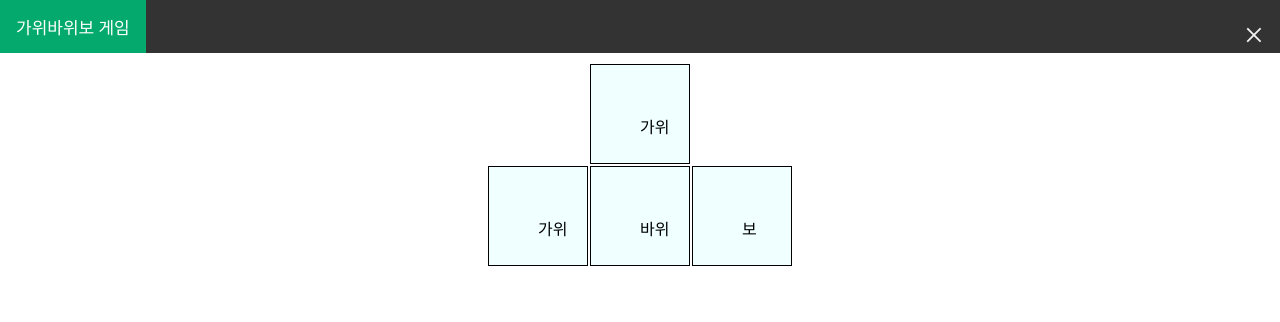
Repository: venandi48/RockScissorPaper-Game
Page: index.html
An editor plug-in stored every save of this project. The page is shown before and after the next save, followed by the edit.
The browser window is 1280 px wide. The pictures show the whole page.
The style sheet was rebuilt from its Sass, Less or Tailwind sources for each picture, by a compiler version that may differ from the author's.

Above is the page before, as saved 2023-11-13 17:10:34.

### index.html
<!DOCTYPE html>
<html lang="en">
  <head>
    <meta charset="UTF-8" />
    <meta name="viewport" content="width=device-width, initial-scale=1.0" />
    <title>가위바위보</title>
    <link rel="stylesheet" href="style.css" />
  </head>
  <body>
    <div class="topnav">
      <a class="active" href="">가위바위보 게임</a>
      <a href="javascript:void(0)" class="openbtn" onclick="openNav()">
        &times;
      </a>
    </div>
    <div class="sidenav">
      <a href="javascript:void(0)" class="closebtn" onclick="closeNav()">
        &times;
      </a>
    </div>

    <div class="playbox">
      <div class="machine">
        <div class="choice">
          <input type="hidden" name="machine-choice" />
        </div>
      </div>
      <div class="user">
        <div class="choice scissor"></div>
        <div class="choice rock"></div>
        <div class="choice paper"></div>
      </div>
      <div class="control">
        <input type="button" value="Replay" />
      </div>
    </div>

    <script src="./ui.js"></script>
    <script src="./main.js"></script>
  </body>
</html>

### ui.js
// https://www.w3schools.com/howto/howto_js_sidenav.asp

/* Set the width of the side navigation to 250px */
function openNav() {
  let closeBtn = document.querySelector(".sidenav");

  if (closeBtn.classList.contains("opened") === false)
    closeBtn.classList.add("opened");
}

/* Set the width of the side navigation to 0 */
function closeNav() {
  let closeBtn = document.querySelector(".sidenav");

  if (closeBtn.classList.contains("opened"))
    closeBtn.classList.remove("opened");
}

### main.js
choices = {
  scissor: 0,
  rock: 1,
  paper: 2,
};

let machineChoiceSpeed = 250; // default machine's speed of chainge choice (ms단위).

playboxes = document.querySelectorAll(".playbox");
userChocies = document.querySelectorAll(".user .choice");
controlBtns = document.querySelectorAll(".playbox .control");

playboxes.forEach((playbox) => {
  playbox
    .querySelector(".machine .choice")
    .querySelector("input[type=hidden]").value = Random(0, 2);
});

controlBtns.forEach((controlBtn) => {
  replayBtn = controlBtn.querySelector("input[type=button][value=Replay]");
  replayBtn?.addEventListener("click", (e) => {
    replay(controlBtn.parentElement);
  });
});

window.addEventListener("load", function () {
  this.setInterval(() => {
    playboxes.forEach((playbox) => {
      let machineChoice = playbox.querySelector(".machine .choice");

      if (machineChoice.classList.contains("selected") === true) return;

      if (machineChoice.classList.contains("rock")) {
        machineChoice.classList.remove("rock");
      }
      if (machineChoice.classList.contains("scissor")) {
        machineChoice.classList.remove("scissor");
      }
      if (machineChoice.classList.contains("paper")) {
        machineChoice.classList.remove("paper");
      }
      machineChoice.querySelector("input[type=hidden]").value =
        (machineChoice.querySelector("input[type=hidden]").value + 1) % 3;
      machineChoice.classList.add(
        convertChoicesFromNumToStr(
          +machineChoice.querySelector("input[type=hidden]").value
        )
      );
    });
  }, machineChoiceSpeed);
});

userChocies.forEach((element) => {
  element.addEventListener("click", function (e) {
    const selectedElement = e.target;
    let choosed = null;

    if (selectedElement.parentElement.classList.contains("selected")) return;

    selectedElement.parentElement.classList.add("selected");

    // 제일 첫번째로 나온 값을 사용자의 선택으로 간주
    selectedElement.classList.forEach((className) => {
      if (className === "rock") {
        choosed = "rock";
        return;
      } else if (className === "scissor") {
        choosed = "scissor";
        return;
      } else if (className === "paper") {
        choosed = "paper";
        return;
      }
    });

    if (choosed) {
      let sameAreaMachine =
        element.parentElement.parentElement?.querySelector(".machine .choice");

      if (sameAreaMachine) {
        gameResultCssEventer(
          selectedElement,
          sameAreaMachine,
          refree(
            +sameAreaMachine.querySelector("input[type=hidden]").value,
            choices[choosed]
          )
        );
      }
    }
  });
});

/// _________________________________________________________________
//                          Play Tools
/// _________________________________________________________________

function Random(min, max) {
  return Math.floor(Math.random() * (max - min) + min);
}

function convertChoicesFromNumToStr(choice) {
  switch (choice) {
    case choices.rock:
      return "rock";
    case choices.scissor:
      return "scissor";
    case choices.paper:
      return "paper";

    default:
      return "";
  }
}

function addHistory(playbox) {
  let node = playbox.cloneNode(true);
  let controlBtns = node.querySelector(".control");

  node.classList.add("done");
  node.removeChild(controlBtns);
  node.innerHTML += `<div class="log"><div class="played-time">${new Date().toLocaleString()}</div></div>`;

  document.querySelector(".sidenav").append(node);
}

function replay(playbox) {
  let machine = playbox.querySelector(".machine .choice");

  addHistory(playbox);

  if (machine.classList.contains("selected"))
    machine.classList.remove("selected");
  resetResultChoiceBoxOfCss(machine);

  let userChoices = playbox.querySelector(".user");

  if (userChoices.classList.contains("selected"))
    userChoices.classList.remove("selected");

  userChoices.querySelectorAll(".choice").forEach((choiceElement) => {
    resetResultChoiceBoxOfCss(choiceElement);
  });
}

/*
 * @machine: 컴퓨터가 선택한 숫자값
 * @user: 사용자가 선택한 숫자값
 * @return: 0=>비김, 1=> 이김, 2=>짐
 */
function refree(machine, user) {
  return Math.abs(machine - user);
}

function resetResultChoiceBoxOfCss(element) {
  if (element.classList.contains("game-result-win"))
    element.classList.remove("game-result-win");
  if (element.classList.contains("game-result-draw"))
    element.classList.remove("game-result-draw");
  if (element.classList.contains("game-result-lose"))
    element.classList.remove("game-result-lose");

  return element;
}

function gameResultCssEventer(userElement, machineElement, result) {
  userElement.parentElement.querySelectorAll(".choice").forEach((node) => {
    resetResultChoiceBoxOfCss(node);
  });
  resetResultChoiceBoxOfCss(userElement);
  resetResultChoiceBoxOfCss(machineElement);
  machineElement.classList.add("selected");

  switch (result) {
    case 0:
      userElement.classList.add("game-result-draw");
      machineElement.classList.add("game-result-draw");
      break;
    case 1:
      userElement.classList.add("game-result-win");
      machineElement.classList.add("game-result-lose");
      break;
    case 2:
      userElement.classList.add("game-result-lose");
      machineElement.classList.add("game-result-win");
      break;
  }
}

### style.scss
* {
  position: relative;
  padding: 0;
  margin: 0;
  display: flexbox;
}

*,
::before,
::after {
  box-sizing: border-box;
}

/* Add a black background color to the top navigation */
.topnav {
  background-color: #333;
  overflow: hidden;

  /* Style the links inside the navigation bar */
  a {
    float: left;
    color: #f2f2f2;
    text-align: center;
    padding: 14px 16px;
    text-decoration: none;
    font-size: 17px;
  }

  /* Change the color of links on hover */
  a:hover {
    background-color: #ddd;
    color: black;
  }

  /* Add a color to the active/current link */
  a.active {
    background-color: #04aa6d;
    color: white;
  }

  .openbtn {
    position: absolute;
    top: 0;
    right: 0px;
    font-size: 36px;
    margin-left: 50px;
    vertical-align: middle;
  }
}

/* The side navigation menu */
.sidenav {
  height: 100%; /* 100% Full-height */
  width: 0; /* 0 width - change this with JavaScript */
  position: fixed; /* Stay in place */
  z-index: 1; /* Stay on top */
  top: 0; /* Stay at the top */
  left: 0;
  background-color: #111; /* Black*/
  overflow-x: hidden; /* Disable horizontal scroll */
  padding-top: 60px; /* Place content 60px from the top */
  transition: 0.5s; /* 0.5 second transition effect to slide in the sidenav */

  display: flex;
  justify-content: center;

  &.opened {
    width: 100%;
  }

  .closebtn {
    position: absolute;
    top: 0;
    right: 25px;
    font-size: 36px;
    margin-left: 50px;
  }
}

.playbox {
  display: flex;
  flex-direction: column;
  justify-content: center;
  align-items: center;
  margin: 10px;

  &.done {
    width: 80%;
    height: 400px;
    background-color: aqua;
  }
}

.log {
  margin: 5px;
  .played-time::before {
    content: "플레이한 시간 : ";
    font-weight: 800;
  }
}

.choice {
  width: 100px;
  height: 100px;
  border: 1px solid #000;
  margin: 1px;
  background-color: azure;

  &::before {
    position: absolute;
    top: 50%;
    left: 50%;
    content: "물음표";
    animation: gelatine 0.5s infinite;
  }

  &.rock::before {
    content: "바위";
    animation-delay: 0.5s;
  }

  &.scissor::before {
    content: "가위";
    animation-delay: 1s;
  }

  &.paper::before {
    content: "보";
    // animation: bounce2 2s ease infinite;
  }
}

.game-result {
  &-win {
    background-color: green;
  }
  &-draw {
    background-color: blue;
  }
  &-lose {
    background-color: red;
  }
}

.user {
  display: flex;

  &.selected .choice {
    cursor: default;

    animation: noAnimate 0.5s infinite;
    transition: none !important;
  }

  & .choice {
    cursor: pointer;

    &:hover {
      background-color: aqua;
    }
  }
}

.control {
  display: flex;

  & input[type="button"] {
    width: 100px;
    height: 25px;
    margin: 5px;

    &[value="Replay"] {
      display: none;
    }
  }
}
.user.selected ~ .control input[type="button"][value="Replay"] {
  display: initial;
}

/*
* ============================= animate resources =============================
*/
@keyframes gelatine {
  from,
  to {
    transform: scale(1, 1);
  }
  25% {
    transform: scale(0.9, 1.1);
  }
  50% {
    transform: scale(1.1, 0.9);
  }
  75% {
    transform: scale(0.95, 1.05);
  }
}

After the next save:
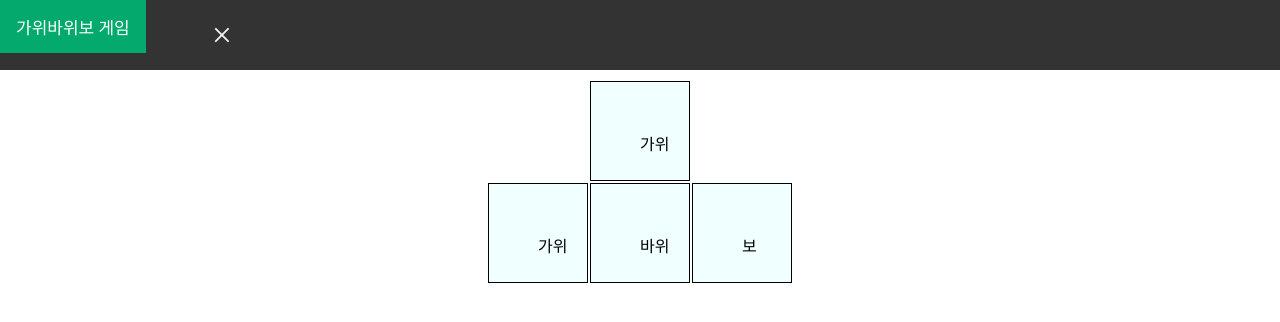
Saved 17 s later.
--- a/style.scss
+++ b/style.scss
@@ -39,7 +39,6 @@
   }
 
   .openbtn {
-    position: absolute;
     top: 0;
     right: 0px;
     font-size: 36px;

After the 3 saves that followed:
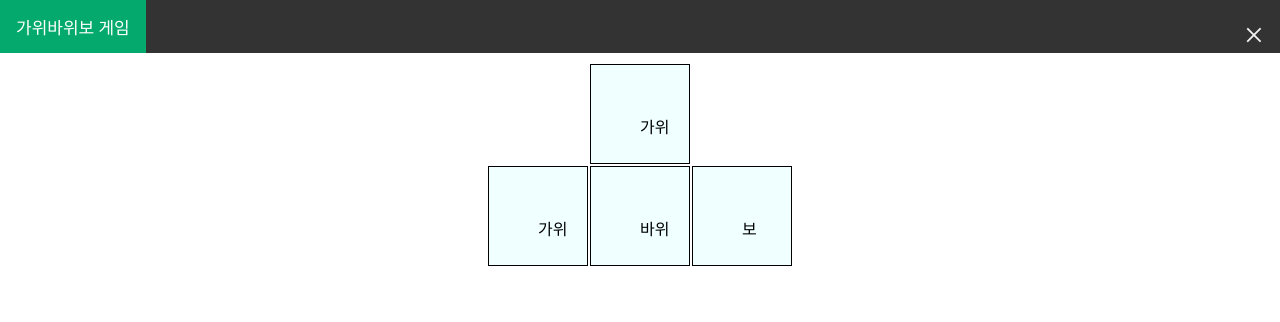
The 3 saves are shown as one change because they came seconds apart.
The last was saved 10 s later.
--- a/style.scss
+++ b/style.scss
@@ -39,6 +39,7 @@
   }
 
   .openbtn {
+    position: absolute;
     top: 0;
     right: 0px;
     font-size: 36px;
